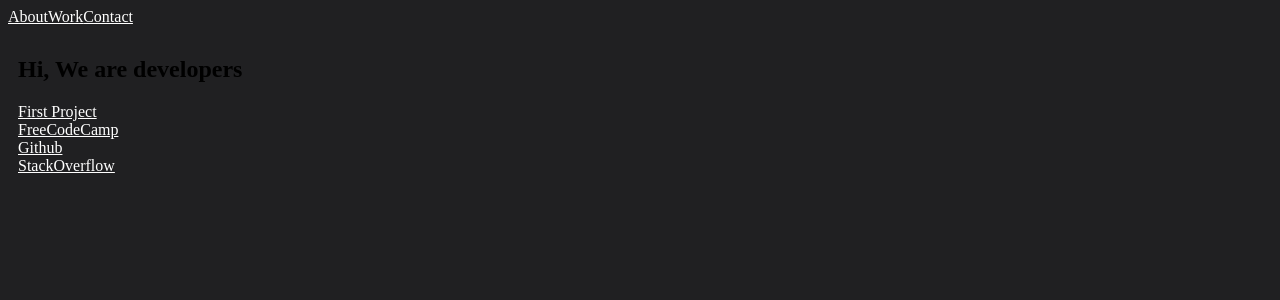
Repository: justicebhekani88/microverse_portfolio_project
Page: index.html
The author's editor kept a copy of each file at every save. The page is drawn from the files as they stood at one save, then again after the next save.
The browser window is 1280 px wide. The pictures show the whole page.

Above is the page before, as saved 2022-07-21 14:40:21.

### index.html
<!DOCTYPE html>
<html lang="en">

<head>
    <meta charset="UTF-8">
    <meta http-equiv="X-UA-Compatible" content="IE=edge">
    <meta name="viewport" content="width=device-width, initial-scale=1.0">
    <link rel="stylesheet" href="style.css">
    <title>Portfolio Project</title>

    <style>
        @media only screen and (min-width: 600px) {
            #main {
                padding: 10px;
            }
        }
    </style>
</head>

<body>
    <nav id="navbar">
        <a href="#about">About</a>
        <a href="#projects">Work</a>
        <a href="#contact">Contact</a>
    </nav>
    <div id="main">
        <section id="welcome-section">
            <h1>Hi, We are developers</h1>
        </section>
        <section id="projects">
            <div class="project-tile"></div>
            <a href="">
                First Project
            </a>
        </section>
        <section>
            <a href="#" id="profile-link" target="_blank">FreeCodeCamp</a>
            <a href="#" id="profile-link" target="_blank">Github</a>
            <a href="#" id="profile-link" target="_blank">StackOverflow</a>
        </section>
    </div>

</body>

</html>

### style.css
body {
    background-color: #202022;
}

nav, a {
    color: white;
    display: flex;
}

After the next save:
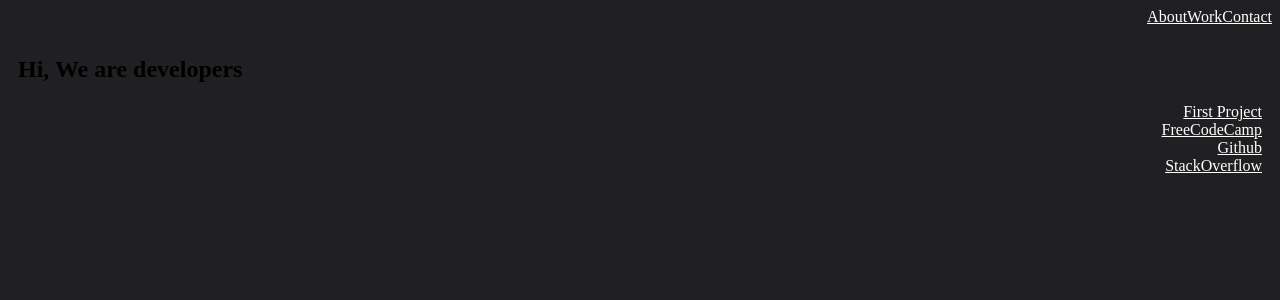
Saved 64 s later.
--- a/style.css
+++ b/style.css
@@ -5,4 +5,5 @@ body {
 nav, a {
     color: white;
     display: flex;
+    justify-content: flex-end;
 }
